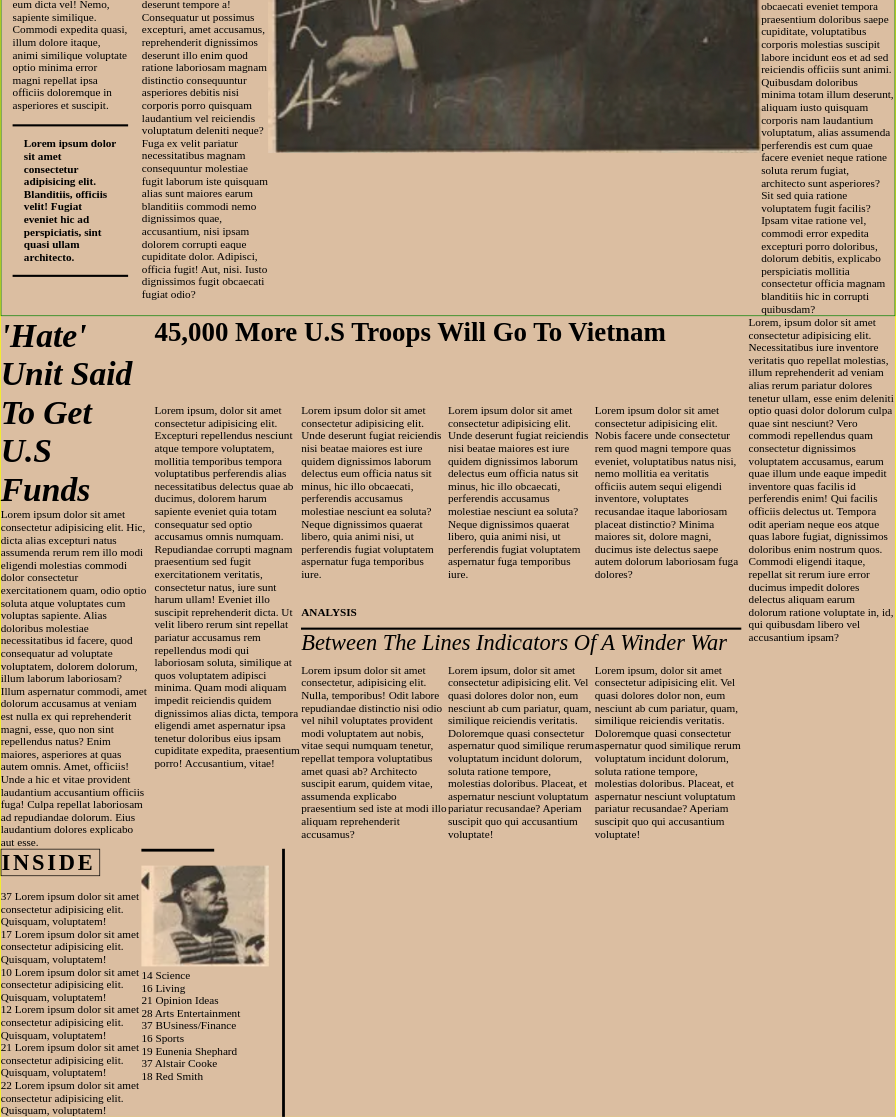
Repository: Arkitecth/newspaper-grid
Page: index.html
An editor plug-in stored every save of this project. The page is shown before and after the next save, followed by the edit.
The browser window is 1280 px wide. The pictures show the part of the page from y = 832 to 2752 px (the page is 2428 px tall before and 2752 px after), at 70% of full size.

Above is the page before, as saved 2023-05-29 22:27:42.

After the next save:
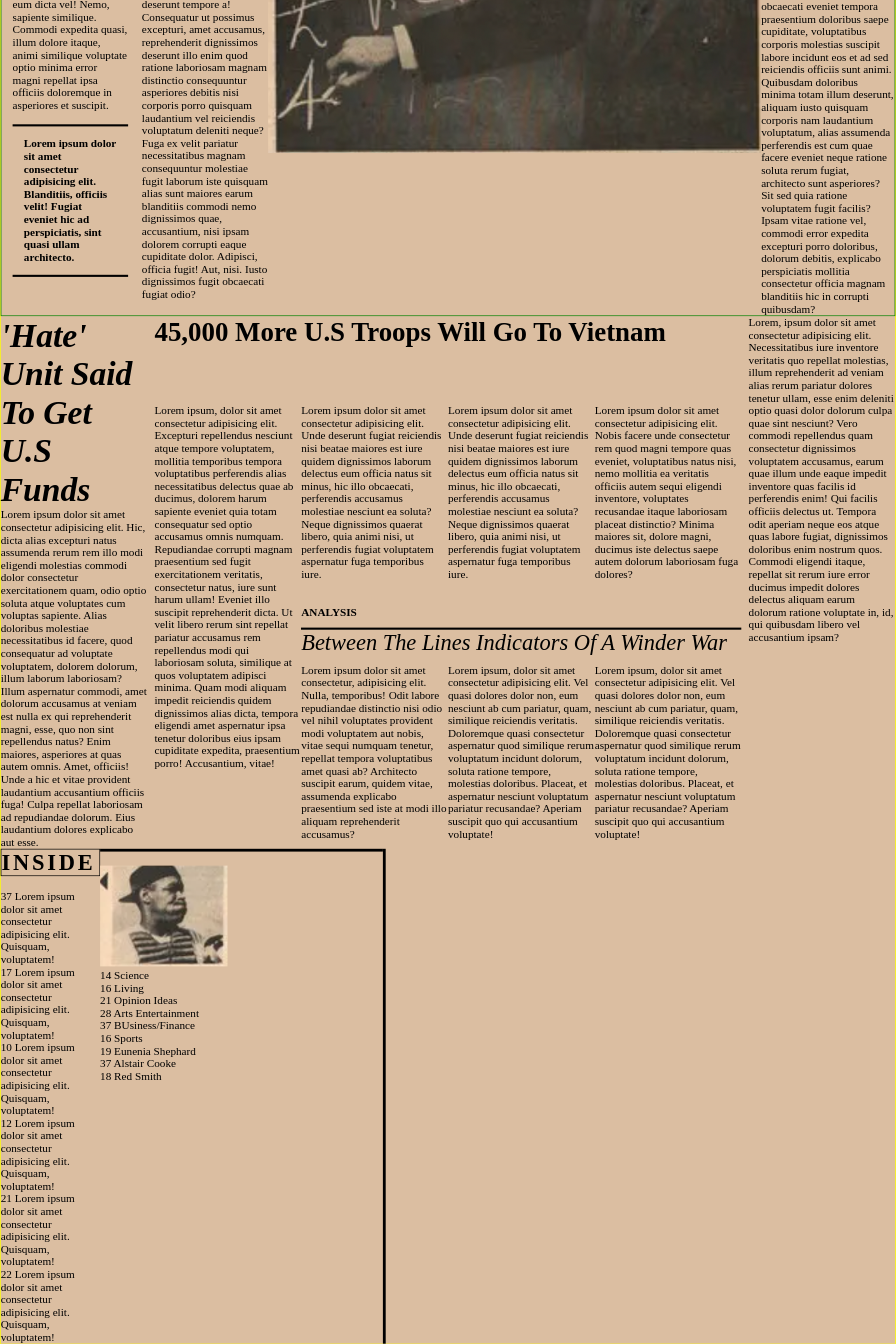
Saved 10 s later.
--- a/styles.css
+++ b/styles.css
@@ -180,5 +180,5 @@
 
 .line {
     border: 2px solid black;
-    width: 100px;
+    width: 400px;
 }
